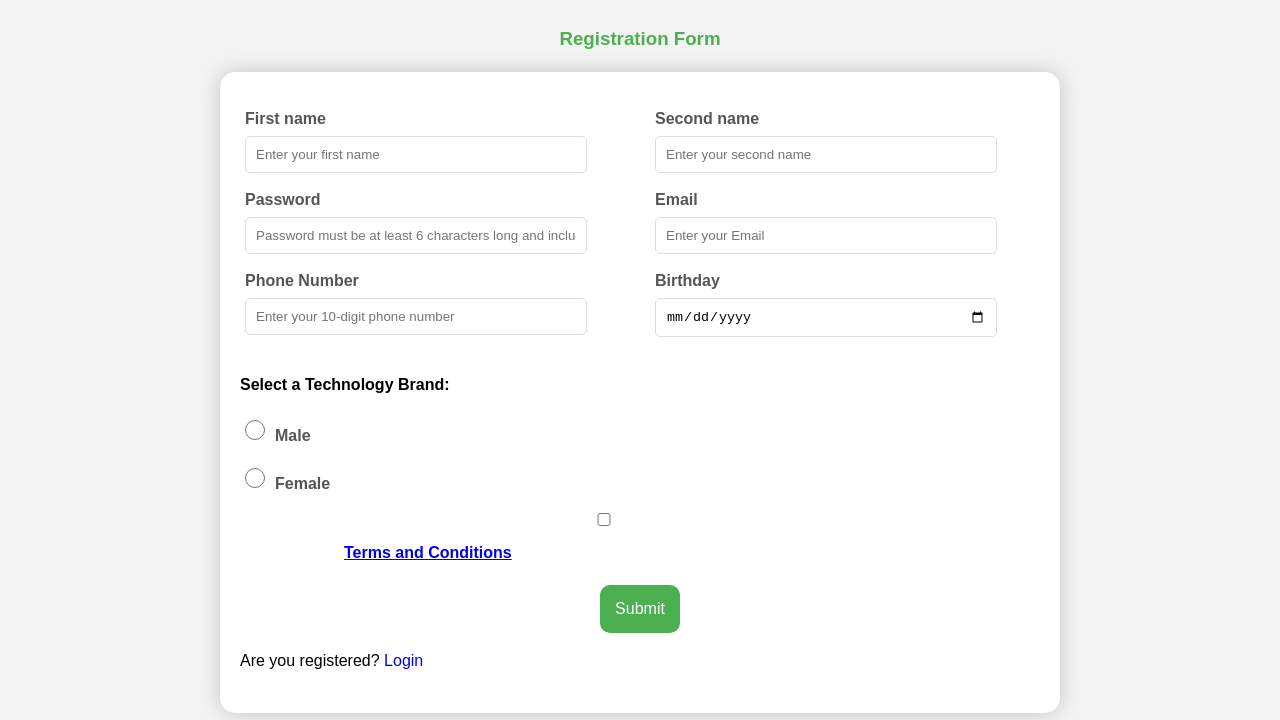
Repository: alizey12/Regestratin-Form-js
Page: regester.html
An editor plug-in stored every save of this project. The page is shown before and after the next save, followed by the edit.
The browser window is 1280 px wide. The pictures show the whole page.

Above is the page before, as saved 2024-11-29 20:39:10.

### regester.html
<!DOCTYPE html>
<html lang="en">
<head>
    <meta charset="UTF-8">
    <meta name="viewport" content="width=device-width, initial-scale=1.0">
    <link rel="stylesheet" href="regester.css">
    <title>Registration Form</title>
</head>
<body>
    <h3>Registration Form</h3>
    <div class="main">
        <form id="signupForm" action="">
            <div class="grid-container">
                <div>
                    <label for="username">First name</label>
                    <input type="text" id="username" name="username"
                           placeholder="Enter your first name"
                           required pattern="^[a-zA-Z0-9_]{3,15}$"
                           title="Username must be 3-15 characters long and can only contain letters, numbers, and underscores.">

                    <label for="password">Password</label>
                    <input type="password" id="password" name="password"
                           placeholder="Password must be at least 6 characters long and include one letter and one number."
                           required pattern="^(?=.*[A-Za-z])(?=.*\d)[A-Za-z\d]{6,}$"
                           title="Password must be at least 6 characters long and include one letter and one number.">

                    <label for="quantity">Phone Number</label>
                    <input type="text" id="quantity" name="quantity"
                           placeholder="Enter your 10-digit phone number"
                           required pattern="^\d{10}$"
                           title="Enter a valid 10-digit phone number.">
                </div>
                <div>
                    <label for="username">Second name</label>
                    <input type="text" id="username" name="username"
                           placeholder="Enter your second name"
                           required pattern="^[a-zA-Z0-9_]{3,15}$"
                           title="Username must be 3-15 characters long and can only contain letters, numbers, and underscores.">

                    <label for="email">Email</label>
                    <input type="email" id="email" name="email"
                           placeholder="Enter your Email"
                           required pattern="^[a-zA-Z0-9._%+-]+@[a-zA-Z0-9.-]+\.[a-zA-Z]{2,}$">

                    <label for="birthday">Birthday</label>
                    <input type="date" id="birthday" name="birthday" required>
                </div>
            </div>

            <p><b>Select a Technology Brand:</b></p>
            <div class="gen-rad">
                <label>
                    <input type="radio" id="Netflix" name="brand" value="Netflix">
                    Male
                </label>
                <label>
                    <input type="radio" id="Audi" name="brand" value="Audi">
                    Female
                </label>

            </div>

            <!-- <h3 class="heading">Your favourite language</h3>
            <label class="container">
                HTML
                <input type="checkbox" name="language" value="HTML">
            </label>
            <label class="container">
                CSS
                <input type="checkbox" name="language" value="CSS">
            </label>
            <label class="container">
                JavaScript
                <input type="checkbox" name="language" value="JavaScript">
            </label>
            <label class="container">
                React
                <input type="checkbox" name="language" value="React">
            </label> -->

            <div class="agree-term">
                <input type="checkbox" id="agree" name="agree" required />
                <label for="agree"
                  >I agree to the <a href="#">Terms and Conditions</a></label
                >
              </div>
            <div class="wrap">
                <button type="submit">Submit</button>
            </div>
        </form>
        <p>Are you registered?
            <a href="signin.html" style="text-decoration: none;">Login</a>
        </p>
    </div>
    <script src="Regester.js"></script>
</body>
</html>

### regester.css
body {
    display: flex;
    align-items: center;
    justify-content: center;
    font-family: sans-serif;
    line-height: 1.5;
    min-height: 100vh;
    background: #f3f3f3;
    flex-direction: column;
    margin: 0;
}

.main {
    background-color: #fff;
    border-radius: 15px;
    box-shadow: 0 0 20px rgba(0, 0, 0, 0.2);
    padding: 20px;
    transition: transform 0.2s;
    width: 800px;
}

h3 {
    color: #4CAF50;
    text-align: center;
}

label {
    display: block;
    margin-top: 10px;
    margin-bottom: 5px;
    text-align: left;
    color: #555;
    font-weight: bold;
}

input {
    display: block;
    width: 90%;
    margin-bottom: 15px;
    padding: 10px;
    box-sizing: border-box;
    border: 1px solid #ddd;
    border-radius: 5px;
}

button {
    padding: 15px;
    border-radius: 10px;
    margin-top: 15px;
    border: none;
    color: white;
    cursor: pointer;
    background-color: #4CAF50;
    font-size: 16px;
}

.wrap {
    display: flex;
    justify-content: center;
    align-items: center;
}

/* Grid container for organizing the form layout */
.grid-container {
    display: grid;
    grid-template-columns: 1fr 1fr;
    gap: 20px;
}

.grid-container div {
    padding: 5px;
}

/* Styling for the checkboxes and labels */
.container {
    display: flex;
    align-items: center; /* Center checkbox and label vertically */
    margin-bottom: 10px;
    font-size: 16px;
    cursor: pointer;
}

/* Styling for checkboxes */
.container input[type="checkbox"] {
    margin-right: 10px; /* Space between checkbox and label text */
    width: 20px;
    height: 20px;
    accent-color: #4CAF50; /* Green check color */
}

/* Styling for the radio button container */
.gen-rad {
    margin-top: 20px;
}

/* Align radio buttons and labels neatly */
.gen-rad label {
    display: flex;
    align-items: center;
    margin-bottom: 10px;
    font-size: 16px;
}

.gen-rad input[type="radio"] {
    margin-right: 10px; /* Space between radio button and label */
    width: 20px;
    height: 20px;
}

/* Styling for radio buttons */
.gen-rad p {
    font-weight: bold;
    color: #555;
}

.container label, .gen-rad label {
    font-size: 16px;
    color: #555;
}

/* Adding spacing between elements */
p {
    margin-bottom: 20px;
}

/* Hover and checked states for checkboxes */
.container:hover {
    background-color: #f0f0f0;
    padding: 5px;
    border-radius: 5px;
}

.container input[type="checkbox"]:checked {
    background-color: #4CAF50; /* Green when checked */
}

.checkmark {
    position: absolute;
    top: 0;
    left: 0;
    height: 25px;
    width: 25px;
    background-color: #eee;
}

.container:hover input ~ .checkmark {
    background-color: #ccc;
}

.container input:checked ~ .checkmark {
    background-color: #279e63;
}

.checkmark:after {
    content: "";
    position: absolute;
    display: none;
}

.container input:checked ~ .checkmark:after {
    display: block;
}

.container .checkmark:after {
    left: 9px;
    top: 5px;
    width: 5px;
    height: 10px;
    border: solid white;
    border-width: 0 3px 3px 0;
    transform: rotate(45deg);
}



.box input[type="checkbox"] {

    width: auto;
}

.agree-term label {
    font-size: 16px;
    color: #fff;
}

### Regester.js
document.getElementById('signupForm').addEventListener('submit', function (event) {
    event.preventDefault(); // Prevent form submission

    // Get field values
    const username = document.getElementById('username').value;
    const email = document.getElementById('email').value;
    const password = document.getElementById('password').value;
    const quantity = document.getElementById('quantity').value;
    const birthday = document.getElementById('birthday').value;
    const gender = document.querySelector('input[name="gender"]:checked');
    const languages = Array.from(document.querySelectorAll('input[name="language"]:checked'))
                            .map(lang => lang.value);

    // Validate gender
    if (!gender) {
        alert('Please select your gender.');
        return;
    }

    // Validate at least one language is selected
    if (languages.length === 0) {
        alert('Please select at least one favourite language.');
        return;
    }

    // Log values in the console
    console.log('Username:', username);
    console.log('Email:', email);
    console.log('Password:', password);
    console.log('Phone Number:', quantity);
    console.log('Birthday:', birthday);
    console.log('Gender:', gender.value);
    console.log('Languages:', languages);

    // Show success message
    alert('Signup successful!');
});

After the next save:
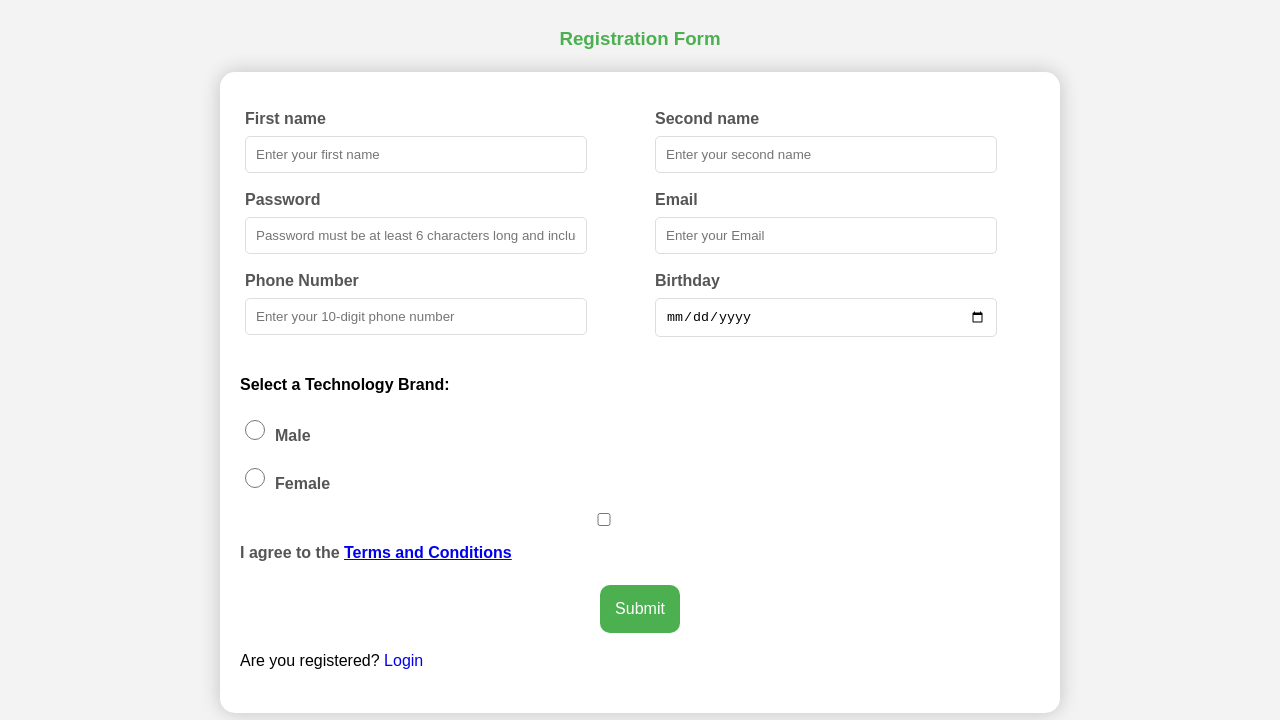
Saved 9 s later.
--- a/regester.css
+++ b/regester.css
@@ -170,15 +170,3 @@ p {
     border-width: 0 3px 3px 0;
     transform: rotate(45deg);
 }
-
-
-
-.box input[type="checkbox"] {
-
-    width: auto;
-}
-
-.agree-term label {
-    font-size: 16px;
-    color: #fff;
-}
